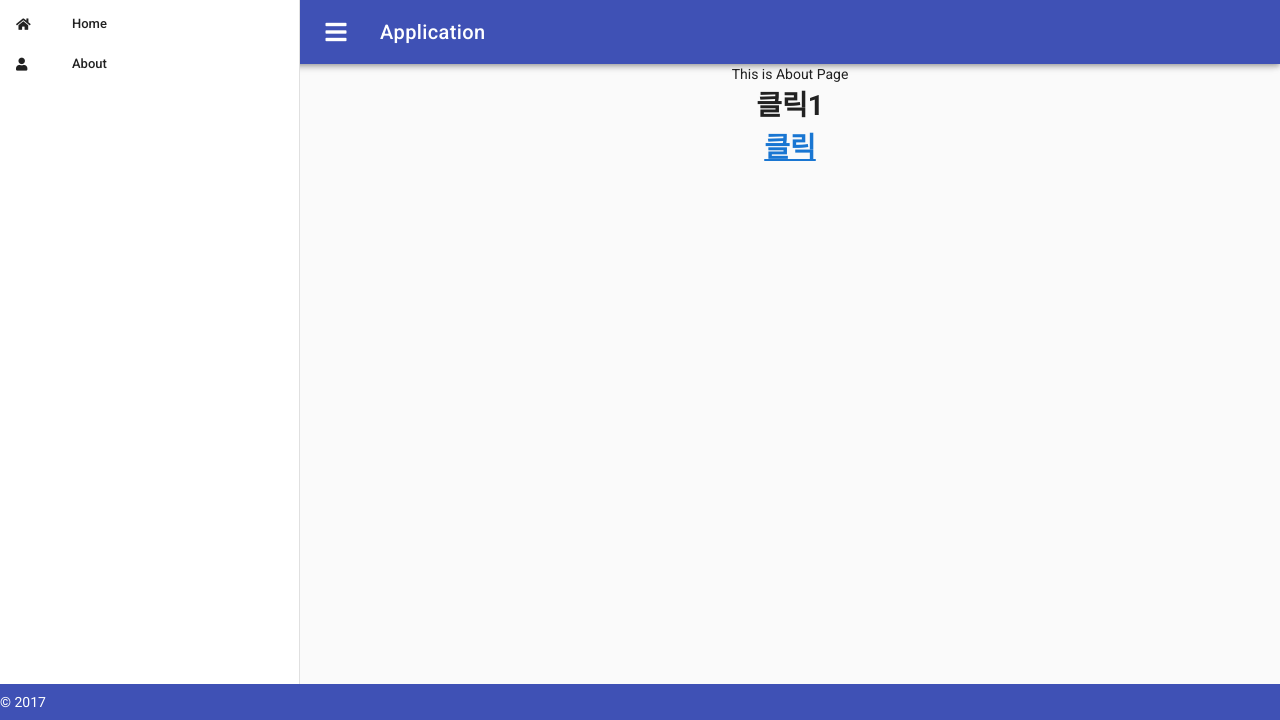
Repository: dloere/vue_trainig
Page: /about (app in vue-router/)
The author's editor kept a copy of each file at every save. The page is drawn from the files as they stood at one save, then again after the next save.
The browser window is 1280 px wide. The pictures show the whole page.
Some web libraries are served in a nearby version. The project was rebuilt for these pictures with package versions that can differ from the ones it lists, and the page was loaded fresh each time. Also part of the build but not shown: vue-router/src/views/Home.vue.

Above is the page before, as saved 2021-11-03 16:53:41.

After the next save:
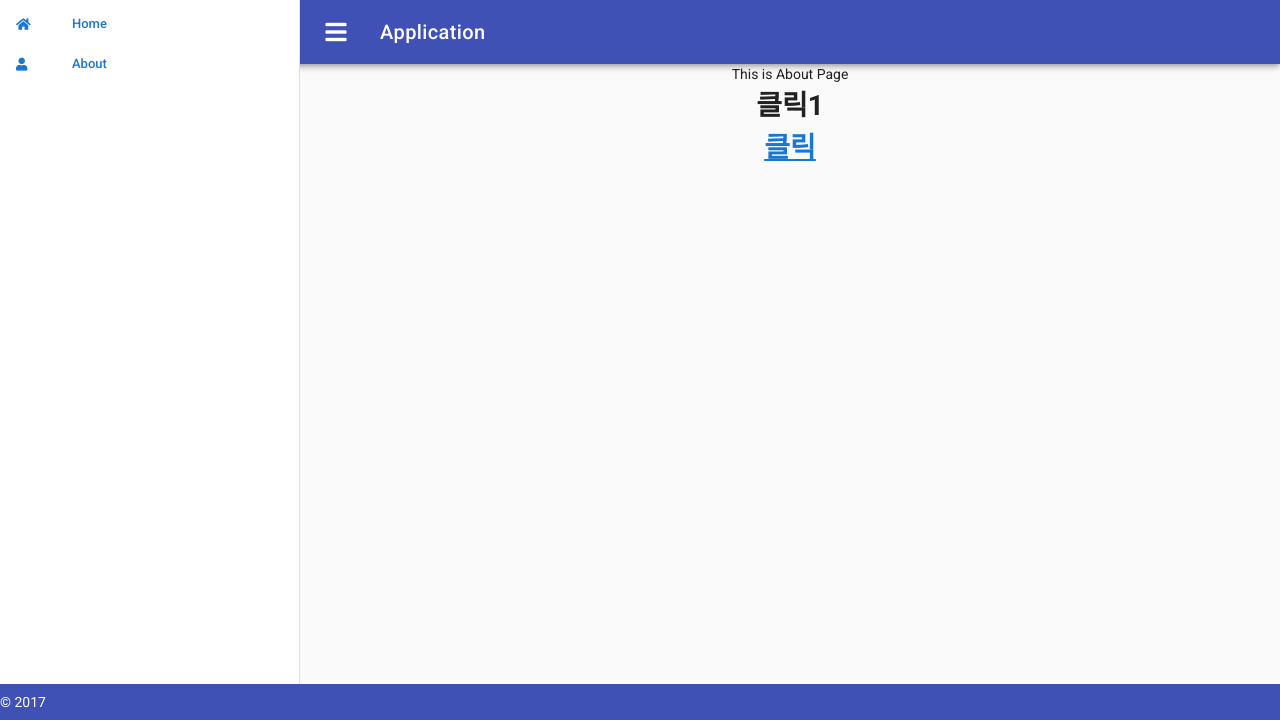
Saved 118 s later.
--- a/vue-router/src/App.vue
+++ b/vue-router/src/App.vue
@@ -6,7 +6,7 @@
       app
     >
       <v-list dense>
-        <v-list-tile @click="$router.push({name : 'home',query:{}, params:{}})">
+        <v-list-tile router :to="{name:'home'}">
           <v-list-tile-action>
             <i class="fas fa-home"></i>
           </v-list-tile-action>
@@ -14,7 +14,7 @@
             <v-list-tile-title>Home</v-list-tile-title>
           </v-list-tile-content>
         </v-list-tile>
-        <v-list-tile @click="$router.push('/about')">
+        <v-list-tile router :to="{name:'about'}">
           <v-list-tile-action>
             <i class="fas fa-user"></i>
           </v-list-tile-action>
